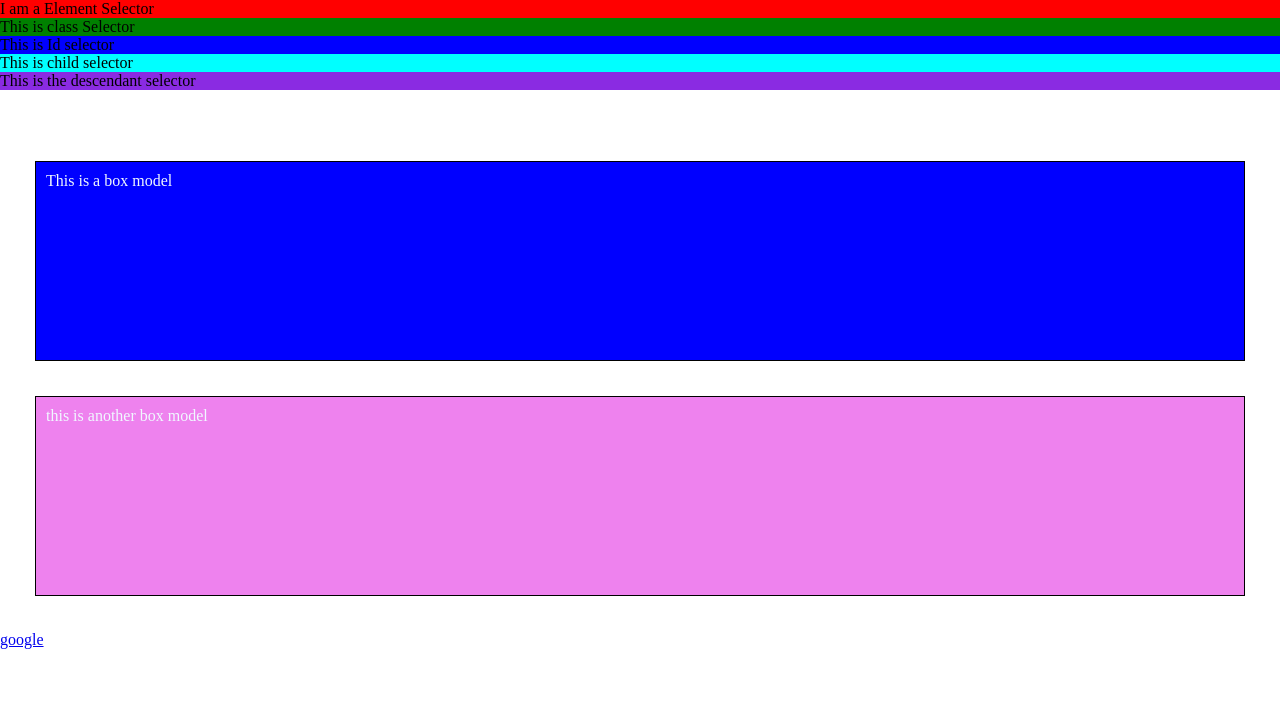
Repository: diensy/Web_dev
Page: first.css/selector.html
These files come from the project's save history. The page is drawn as it stood at one moment and after the next save; the edit follows.
The browser window is 1280 px wide. The pictures show the whole page.

Above is the page before, as saved 2024-05-22 20:39:32.

### first.css/selector.html
<!DOCTYPE html>
<html lang="en">
  <head>
    <meta charset="UTF-8" />
    <meta name="viewport" content="width=device-width, initial-scale=1.0" />
    <title>CSS Selector</title>
    <style>
      /* Element Selctor */
      div {
        background-color: red;
      }
      /* CLass Selector */
      .div {
        background-color: green;
      }
      /* Id selector */
      #blue {
        background-color: blue;
      }
      /* Child selector */
      span > p {
        background-color: aqua;
      }
      /* Descendant selector */
      div p {
        background-color: blueviolet;
      }
      /* universal selector */
      * {
        margin: 0;
        padding: 0;
      }
      /* pseudo Selector */
      a:visited {
        color: black;
      }
      a:active {
        background-color: red;
      }
      a:hover {
        background-color: aquamarine;
      }
      .box1 {
        color: aliceblue;
        background-color: blue;
        margin: 35px;
        padding: 10px;
        border: 1px solid black;
        height: 200px;
        box-sizing: border-box;
      }
      .box2 {
        color: aliceblue;
        background-color: violet;
        margin: 35px;
        padding: 10px;
        border: 1px solid black;
        height: 200px;
        box-sizing: border-box;
      }
    </style>
  </head>
  <body>
    <div>I am a Element Selector</div>
    <div class="div">This is class Selector</div>
    <div id="blue">This is Id selector</div>
    <span><p>This is child selector</p></span>
    <div>
      <article>
        <p>This is the descendant selector</p>
      </article>
    </div>
    <br />
    <br />
    <div class="box1">This is a box model</div>
    <div class="box2">this is another box model</div>
    <a href="https://www.google.com">google</a>
  </body>
</html>

After the next save:
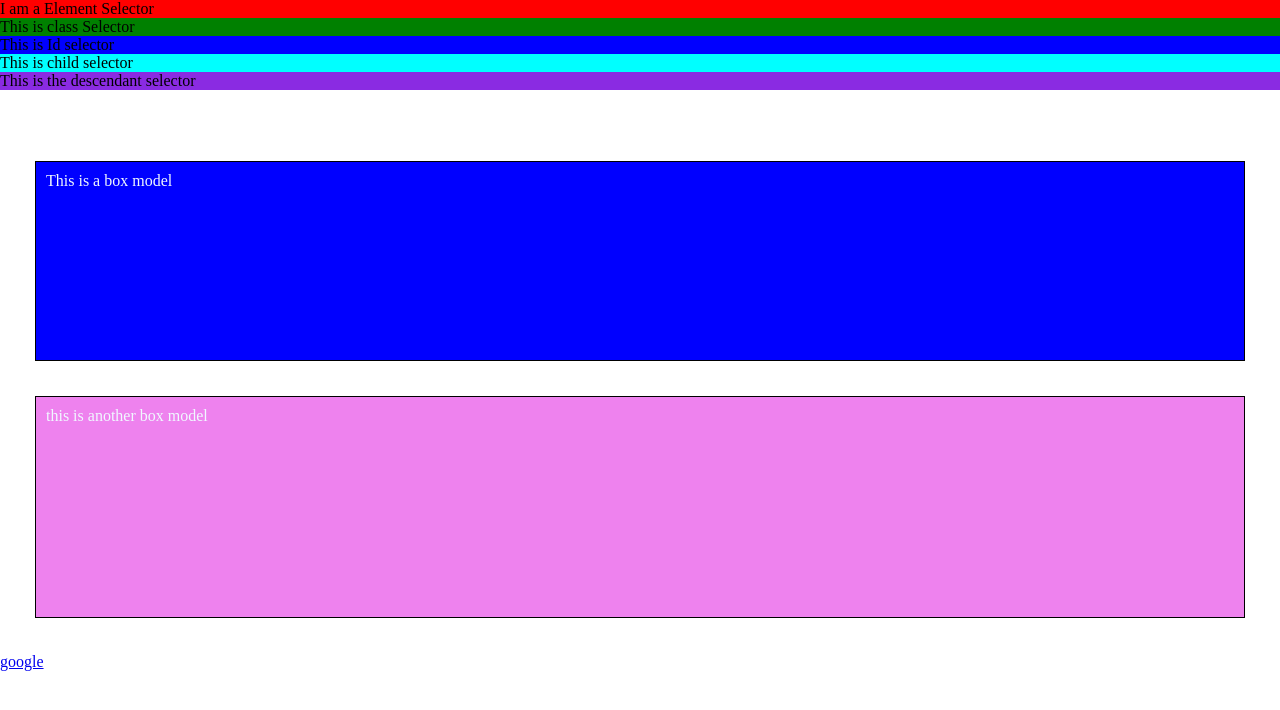
Saved 7 min 1 s later.
--- a/first.css/selector.html
+++ b/first.css/selector.html
@@ -56,7 +56,7 @@
         padding: 10px;
         border: 1px solid black;
         height: 200px;
-        box-sizing: border-box;
+
       }
     </style>
   </head>

After the save that followed:
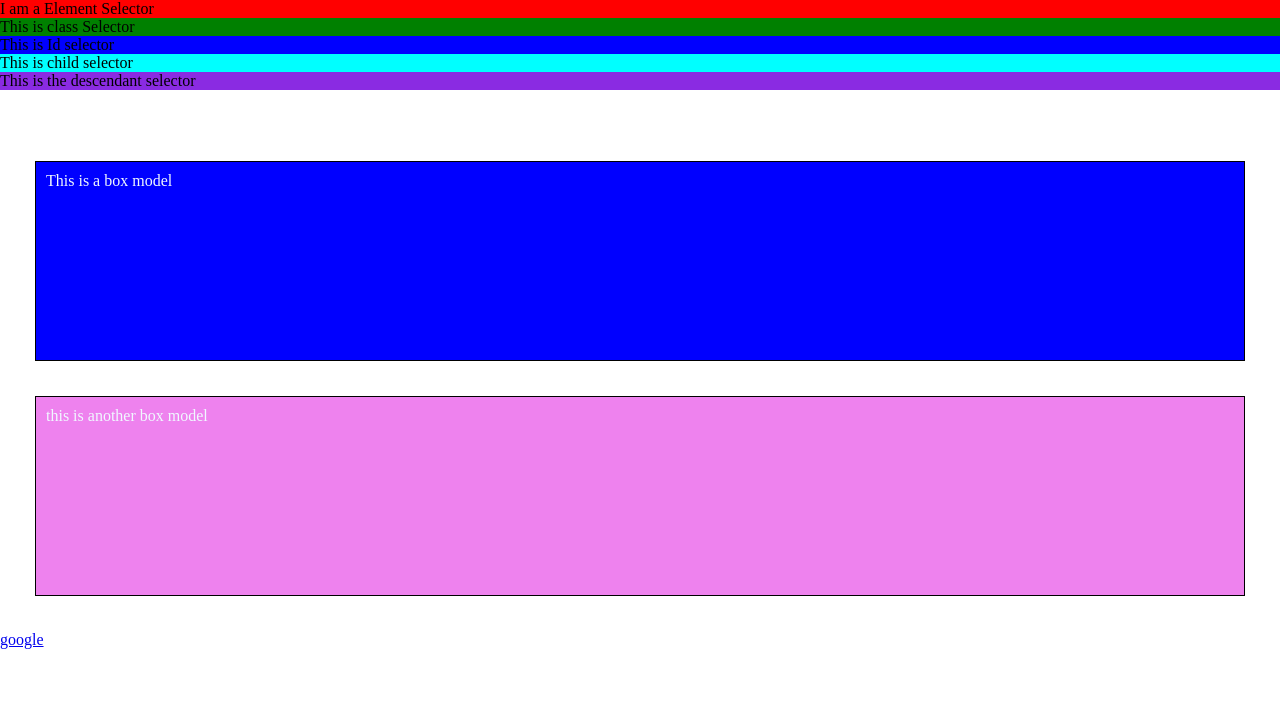
Saved 36 s later.
--- a/first.css/selector.html
+++ b/first.css/selector.html
@@ -56,7 +56,7 @@
         padding: 10px;
         border: 1px solid black;
         height: 200px;
-
+        box-sizing: border-box;
       }
     </style>
   </head>
